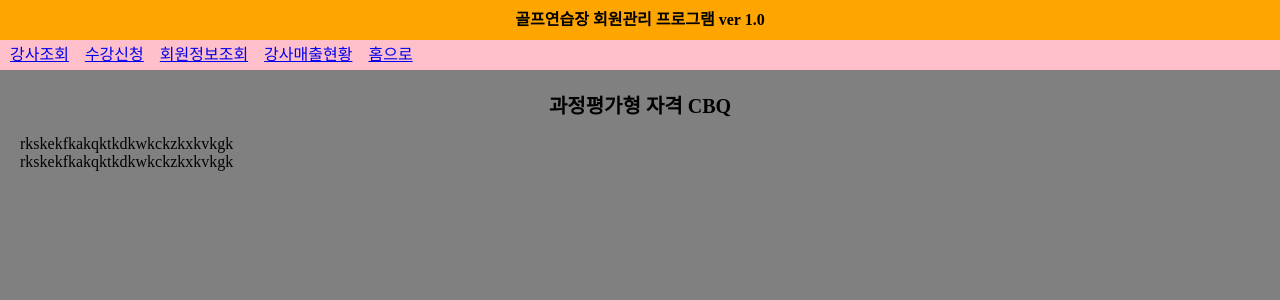
Repository: wjdwlgns1101/school_hrd
Page: http://localhost/hrd_30111_1_/
These files come from the project's save history. The page is drawn as it stood at one moment and after the next save; the edit follows.
The browser window is 1280 px wide. The pictures show the whole page.
The page is served by Tomcat 9.

Above is the page before, as saved 2024-05-06 13:58:32.

### hrd_30111_(1)/hrd_30111(1)/src/main/webapp/index.jsp
<%@ page language="java" contentType="text/html; charset=UTF-8"
    pageEncoding="UTF-8"%>
<!DOCTYPE html>
<html>
<head>
<meta charset="UTF-8">
<title>Insert title here</title>
</head>
<body>
<jsp:include page="header.jsp"></jsp:include>
<section style="position: fixed; background-color: gray; top: 70px; text-align: center; left: 0; width: 100%; height: 100%; padding-top: 20px;">
<b style="font-size: 20px;">과정평가형 자격 CBQ</b>

<p style="text-align: left; padding-left: 20px;">
	rkskekfkakqktkdkwkckzkxkvkgk <br>
	rkskekfkakqktkdkwkckzkxkvkgk <br>



</p>


</section>


<jsp:include page="footer.jsp"></jsp:include>
</body>
</html>

### hrd_30111_(1)/hrd_30111(1)/src/main/webapp/header.jsp
<%@ page language="java" contentType="text/html; charset=UTF-8"
    pageEncoding="UTF-8"%>
<!DOCTYPE html>
<html>
<head>
<meta charset="UTF-8">
<title>Insert title here</title>
</head>
<body>
<header style="position: fixed; background-color: orange; width: 100%; height: 40px; padding: 0; left: 0; top: 0; text-align: center; line-height: 40px;'">
	<b>골프연습장 회원관리 프로그램 ver 1.0</b>

<nav style="background-color: pink; text-align: left; padding-left: 10px; height: 30px; line-height: 30px;" >

	<a href="#">강사조회</a> &nbsp;&nbsp;
	<a href="#">수강신청</a> &nbsp;&nbsp;
	<a href="#">회원정보조회</a> &nbsp;&nbsp;
	<a href="#">강사매출현황</a> &nbsp;&nbsp;
	<a href="index.jsp">홈으로</a>

</nav>

</header>


</body>
</html>

Loaded but not shown: hrd_30111_(1)/hrd_30111(1)/src/main/webapp/footer.jsp (common file)

After the next save:
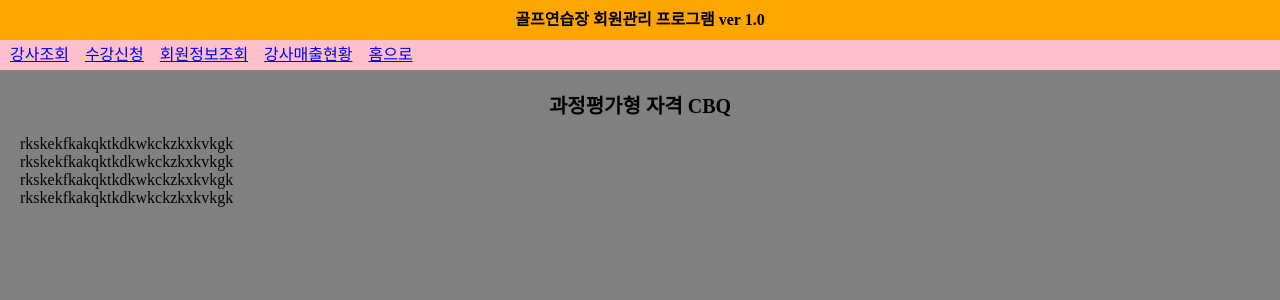
Saved 13 s later.
--- a/hrd_30111_(1)/hrd_30111(1)/src/main/webapp/index.jsp
+++ b/hrd_30111_(1)/hrd_30111(1)/src/main/webapp/index.jsp
@@ -14,7 +14,8 @@
 <p style="text-align: left; padding-left: 20px;">
 	rkskekfkakqktkdkwkckzkxkvkgk <br>
 	rkskekfkakqktkdkwkckzkxkvkgk <br>
-
+	rkskekfkakqktkdkwkckzkxkvkgk <br>
+	rkskekfkakqktkdkwkckzkxkvkgk
 
 
 </p>
